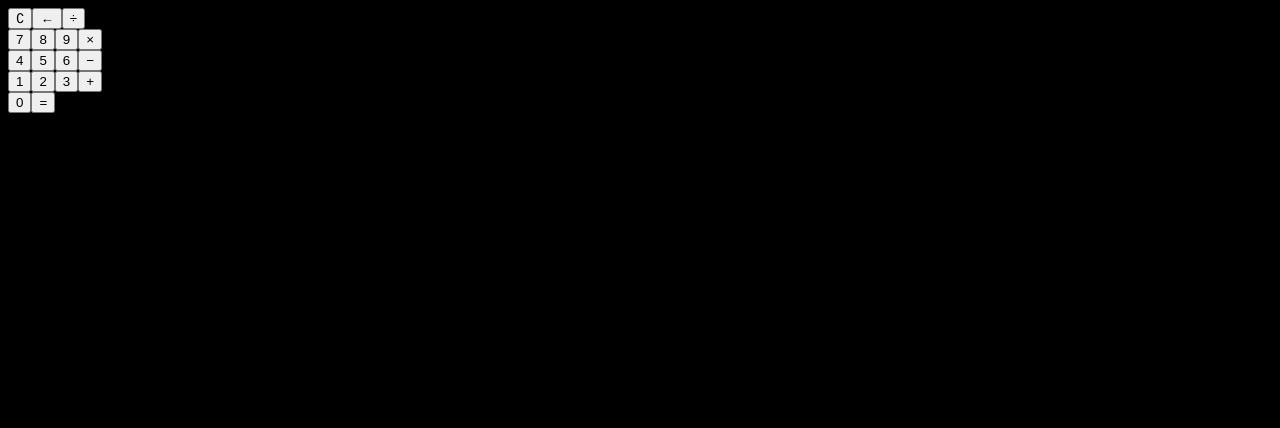
Repository: jontslater/LAB-calculator2
Page: index.html
The author's editor kept a copy of each file at every save. The page is drawn from the files as they stood at one save, then again after the next save.
The browser window is 1280 px wide. The pictures show the whole page.

Above is the page before, as saved 2023-10-12 15:34:17.

### index.html
<!DOCTYPE html>
<html lang="en">
<head>
  <meta charset="UTF-8">
  <meta name="viewport" content="width=device-width, initial-scale=1.0">
  <title>calculator</title>
  <link rel="stylesheet" href="main.css">
  <script src="main.js"></script>
</head>

<body>
  <div class="container">

  <table>
    <button class="orange">&#8705;</button>
    <button class="orange">&#8592;</button>
    <button class="orange">&#247;</button>
  </table>

  <table>
    <button class="bottonss">7</button>
    <button class="bottonss">8</button>
    <button class="bottonss">9</button>
    <button>&#215;</button>
  </table>

  <table>
    <button class="bottonss">4</button>
    <button class="bottonss">5</button>
    <button class="bottonss">6</button>
    <button class="orange">&#8722;</button>
  </table>

  <table>
    <button class="bottonss">1</button>
    <button class="bottonss">2</button>
    <button class="bottonss">3</button>
    <button class="orange">&#43;</button>
  </table>


  <table>
    <button class="bottonss">0</button>
    <button class="orange">&#61;</button>
  </table>

  </div>

</body>
</html>

### main.css
body{
  background-color: #000000;
}
.container{
  width: 400xp;
}

.buttonss{
  background-color: #d8d9db;
  height: 90px;
  width: 90px;
}

.orange{
  background-color:goldenrod
  width: 90px;
}

Loaded but not shown: main.js (no stored copy; drawn as an empty file)

After the next save:
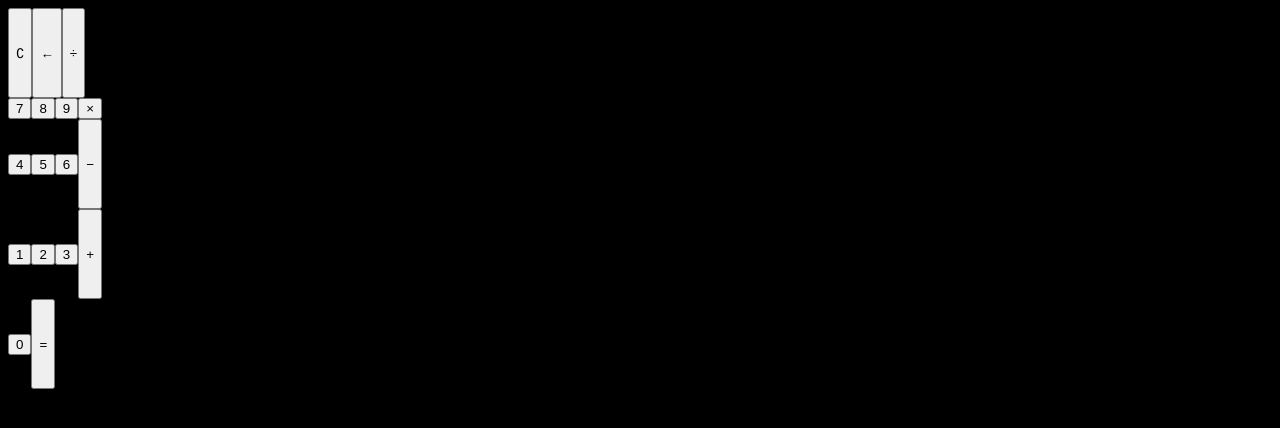
Saved 25 s later.
--- a/main.css
+++ b/main.css
@@ -14,4 +14,5 @@ body{
 .orange{
   background-color:goldenrod
   width: 90px;
+  height: 90px
 }
